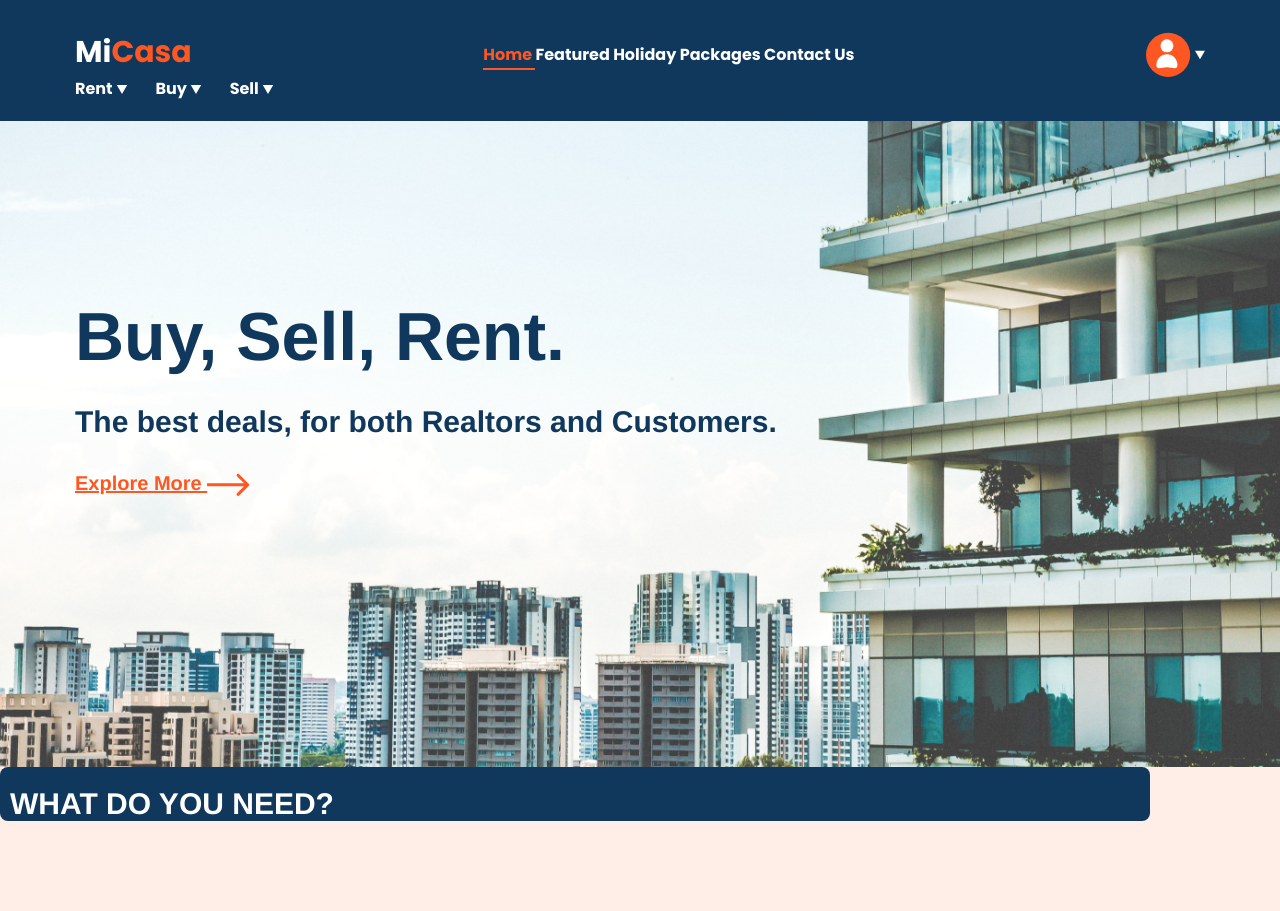
Repository: BenUnyolo/micasa-frontend
Page: index.html
The author's editor kept a copy of each file at every save. The page is drawn from the files as they stood at one save, then again after the next save.
The browser window is 1280 px wide. The pictures show the whole page.

Above is the page before, as saved 2021-10-15 20:45:25.

### index.html
<!DOCTYPE html>
<html lang="en">
  <head>
    <meta charset="UTF-8" />
    <meta http-equiv="X-UA-Compatible" content="IE=edge" />
    <meta name="viewport" content="width=device-width, initial-scale=1.0" />
    <title>Document</title>
    <link rel="stylesheet" href="tailwind.css" />
  </head>
  <body>
    <!-- HEADER -->
    <header class="pt-8 pb-5 text-white bg-primary-600">
      <div class="inner-container">
        <!-- top row -->
        <div class="flex flex-row justify-between">
          <a
            href="/"
            class="inline-block text-3xl font-bold leading-10 font-poppins"
          >
            Mi<span class="text-secondary-600">Casa</span>
          </a>
          <nav class="flex items-center inline-block">
            <ul class="font-bold li-inline space-x-14 font-poppins">
              <li
                class="
                  text-secondary-600
                  border-b-2
                  pb-0.5
                  border-secondary-600
                "
              >
                <a href="/">Home</a>
              </li>
              <li><a href="#">Featured</a></li>
              <li><a href="#">Holiday Packages</a></li>
              <li><a href="#">Contact Us</a></li>
            </ul>
          </nav>
          <div class="flex flex-row items-center">
            <img src="assets/images/user_avatar.svg" alt="user avatar" />
            <svg
              width="14"
              height="12"
              viewBox="0 0 14 12"
              fill="none"
              xmlns="http://www.w3.org/2000/svg"
              class="pl-1"
            >
              <title>profile dropdown</title>
              <path d="M7 12L0.0717964 0H13.9282L7 12Z" fill="white" />
            </svg>
          </div>
        </div>
        <!-- bottom row -->
        <div>
          <ul class="space-x-6 font-bold li-inline font-poppins">
            <li>
              Rent
              <svg
                width="12"
                height="9"
                viewBox="0 0 12 9"
                fill="none"
                xmlns="http://www.w3.org/2000/svg"
                class="inline-block"
              >
                <path d="M6 9L0.803848 0H11.1962L6 9Z" fill="white" />
              </svg>
            </li>
            <li>
              Buy
              <svg
                width="12"
                height="9"
                viewBox="0 0 12 9"
                fill="none"
                xmlns="http://www.w3.org/2000/svg"
                class="inline-block"
              >
                <path d="M6 9L0.803848 0H11.1962L6 9Z" fill="white" />
              </svg>
            </li>
            <li>
              Sell
              <svg
                width="12"
                height="9"
                viewBox="0 0 12 9"
                fill="none"
                xmlns="http://www.w3.org/2000/svg"
                class="inline-block"
              >
                <path d="M6 9L0.803848 0H11.1962L6 9Z" fill="white" />
              </svg>
            </li>
          </ul>
        </div>
      </div>
    </header>
    <!-- HERO -->
    <div class="hero">
      <div class="flex inner-container">
        <div class="w-6/12">
          <h1 class="text-primary-600">Buy, Sell, Rent.</h1>
          <h2 class="mt-7.5 text-primary-600">
            The best deals, for both Realtors and Customers.
          </h2>
          <a
            href="#"
            class="
              inline-block
              mt-7.5
              text-secondary-600
              font-helvetica font-bold
              text-xl
              underline
            "
            >Explore More
            <svg
              width="43"
              height="23"
              viewBox="0 0 43 23"
              fill="none"
              xmlns="http://www.w3.org/2000/svg"
              class="inline-block"
            >
              <path
                d="M41.6936 12.9142C42.2794 12.3284 42.2794 11.3786 41.6936 10.7929L32.1477 1.24691C31.5619 0.661127 30.6122 0.661127 30.0264 1.24691C29.4406 1.8327 29.4406 2.78245 30.0264 3.36823L38.5117 11.8535L30.0264 20.3388C29.4406 20.9246 29.4406 21.8743 30.0264 22.4601C30.6122 23.0459 31.5619 23.0459 32.1477 22.4601L41.6936 12.9142ZM0.0714722 13.3535H40.633V10.3535H0.0714722V13.3535Z"
                fill="#FF5722"
              />
            </svg>
          </a>
        </div>
      </div>
    </div>
    <!-- SEARCH -->
    <div class="relative">
      <div
        class="absolute w-full pt-5 text-white rounded-lg  inner-container px-28 bg-primary-600"
      >
        <h2 class="uppercase">What do you need?</h2>
      </div>
      <div class="bg-secondary-600 bg-opacity-10">
        something
        <br />
        <br />
        <br />
        <br />
        <br />
        <br />
      </div>
    </div>
  </body>
</html>

Loaded but not shown: tailwind.css (library)

After the next save:
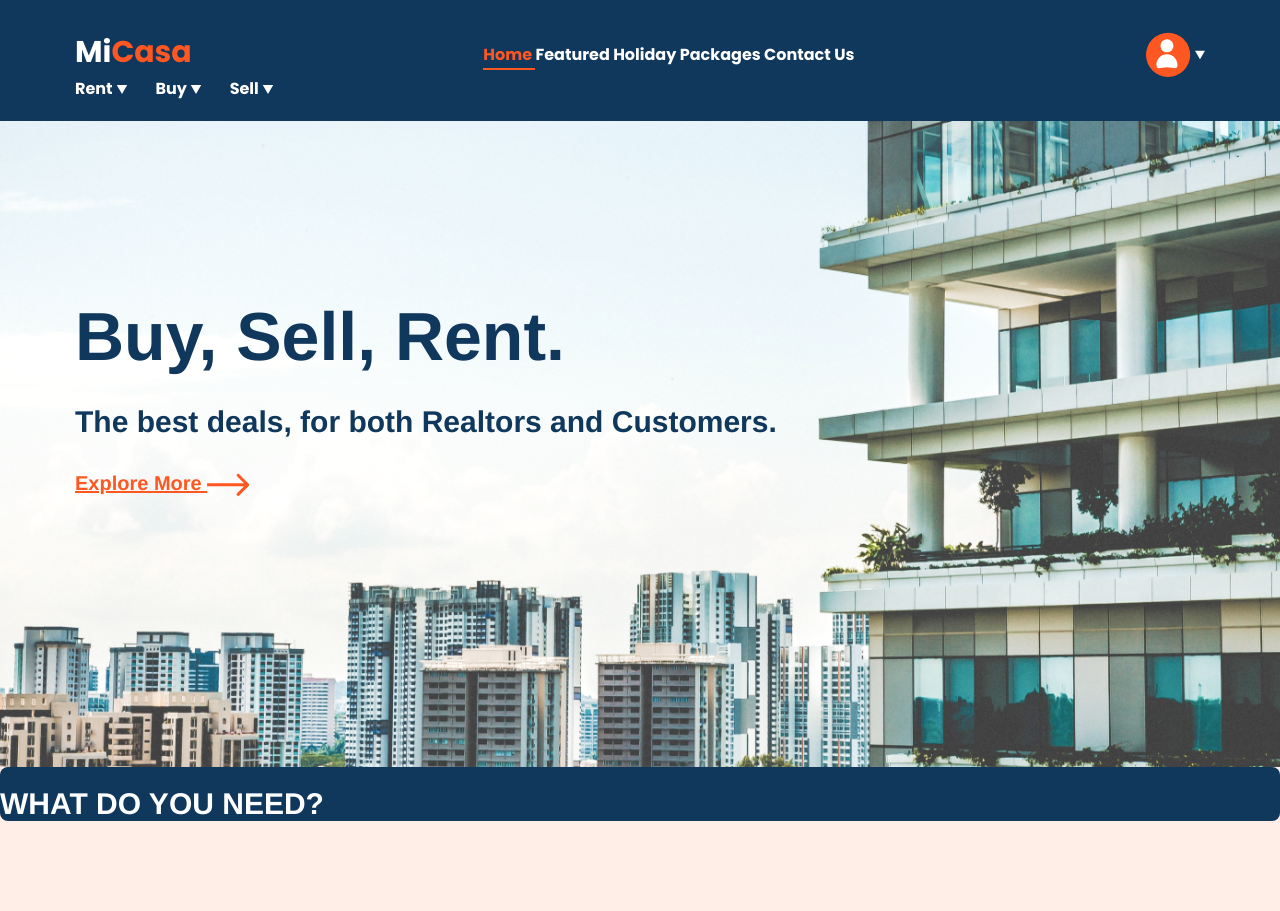
Saved 2 min 22 s later.
--- a/index.html
+++ b/index.html
@@ -136,7 +136,7 @@
     <!-- SEARCH -->
     <div class="relative">
       <div
-        class="absolute w-full pt-5 text-white rounded-lg  inner-container px-28 bg-primary-600"
+        class="absolute left-0 right-0 w-full pt-5 text-white rounded-lg  px-28 bg-primary-600"
       >
         <h2 class="uppercase">What do you need?</h2>
       </div>

After the 2 saves that followed:
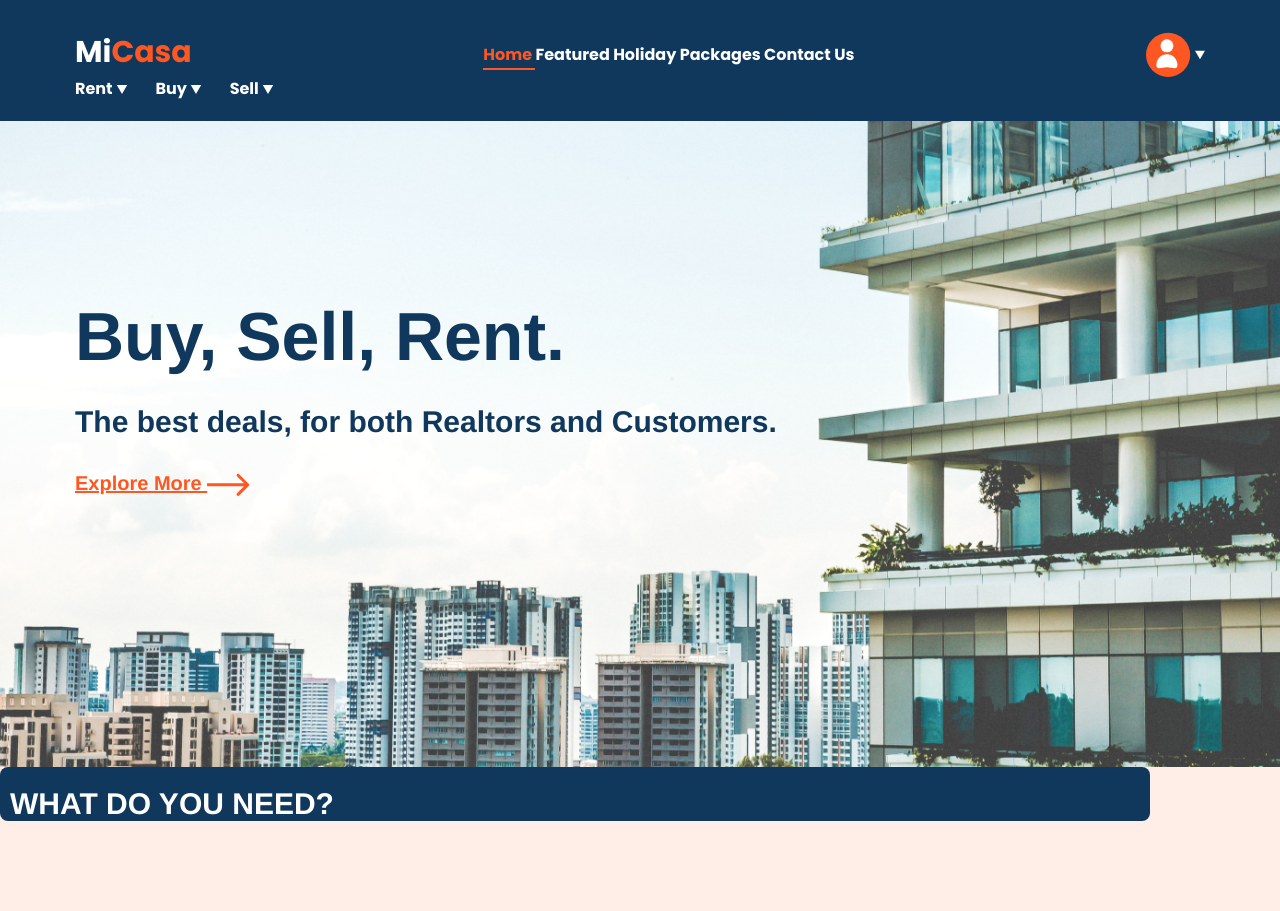
The 2 saves are shown as one change because 1 left the picture as it was.
The last was saved 3 min 48 s later.
--- a/index.html
+++ b/index.html
@@ -136,7 +136,7 @@
     <!-- SEARCH -->
     <div class="relative">
       <div
-        class="absolute left-0 right-0 w-full pt-5 text-white rounded-lg  px-28 bg-primary-600"
+        class="absolute left-0 right-0 w-full pt-5 text-white rounded-lg  px-28 bg-primary-600 absolute-center inner-container"
       >
         <h2 class="uppercase">What do you need?</h2>
       </div>
